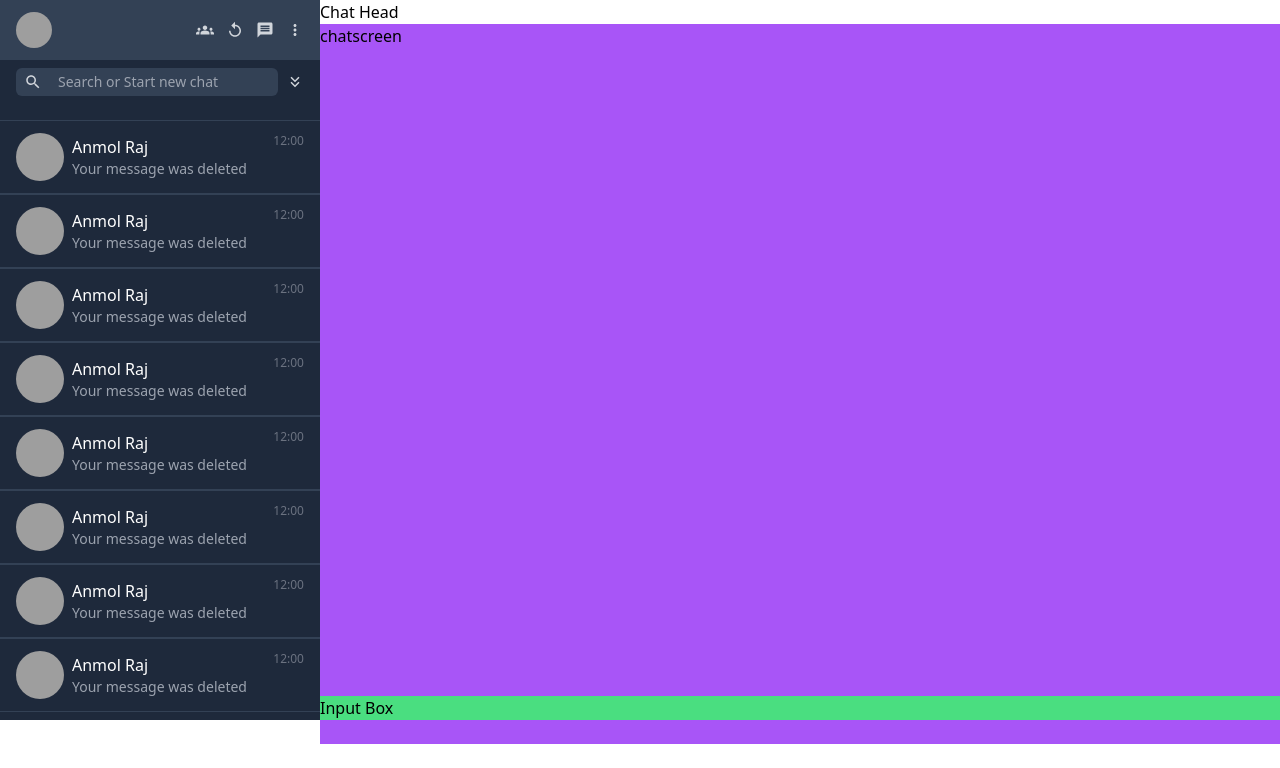
Repository: theanmol-raj/whatsapp
Page: /
These files come from the project's save history. The page is drawn as it stood at one moment and after the next save; the edit follows.
The browser window is 1280 px wide. The pictures show the whole page.
Pictures or frames that could not be fetched are drawn as grey boxes. The project was rebuilt for these pictures with package versions that can differ from the ones it lists, and the page was loaded fresh each time.

Above is the page before, as saved 2022-12-03 22:10:00.

After the next save:
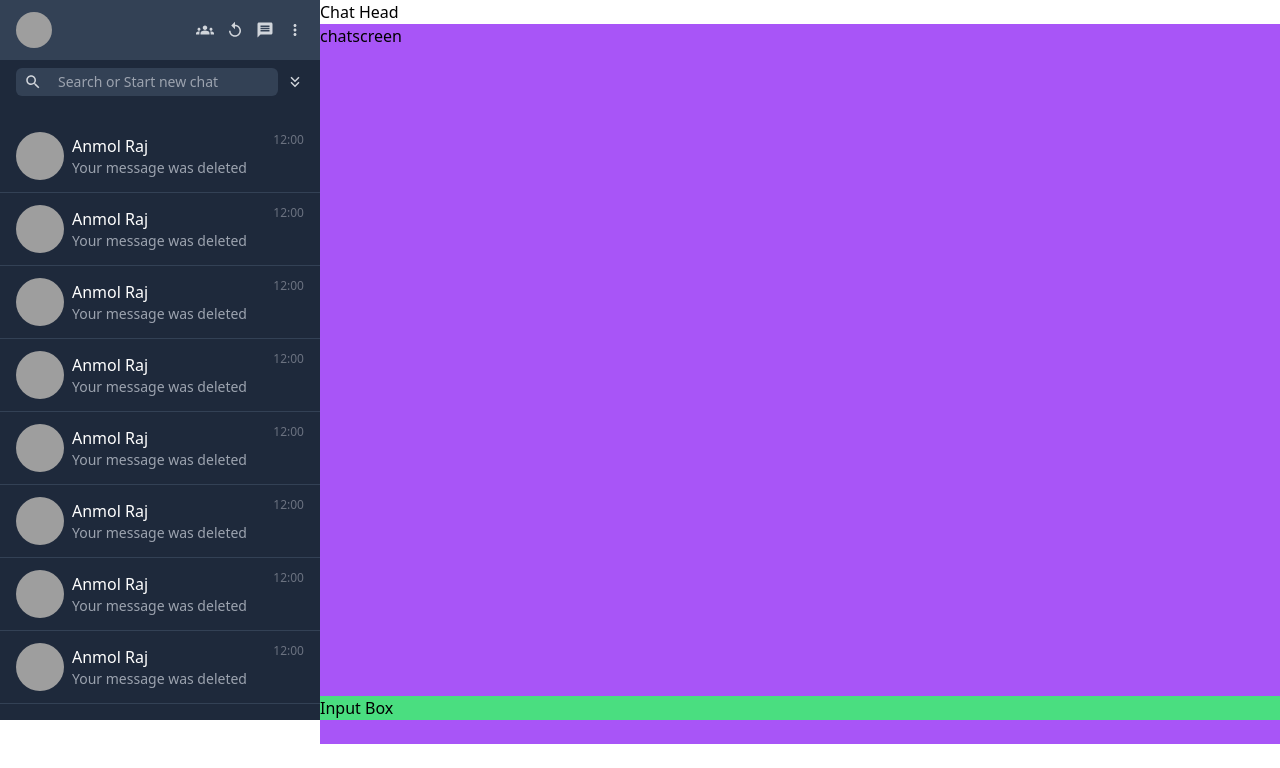
Saved 11 s later.
--- a/src/Components/ContactCard.jsx
+++ b/src/Components/ContactCard.jsx
@@ -2,7 +2,7 @@ import React from 'react'
 
 function ContactCard() {
   return (
-    <div className='text-gray-500 border-y py-3 border-slate-700 text-sm'>
+    <div className='text-gray-500 border-b py-3 border-slate-700 text-sm'>
         <div className=' flex justify-between mx-4'>
             <div className=' flex space-x-2 items-center'>
                 <img className=' rounded-full h-12 w-12' alt='' src="https://pps.whatsapp.net/v/t61.24694-24/158723607_419193396439292_5955373819812020282_n.jpg?stp=dst-jpg_s96x96&ccb=11-4&oh=01_AdRKjHR9ktMhs2HrAksQulr5trvWOTtpB53hlyDh0ZECbw&oe=63986EC2" />
